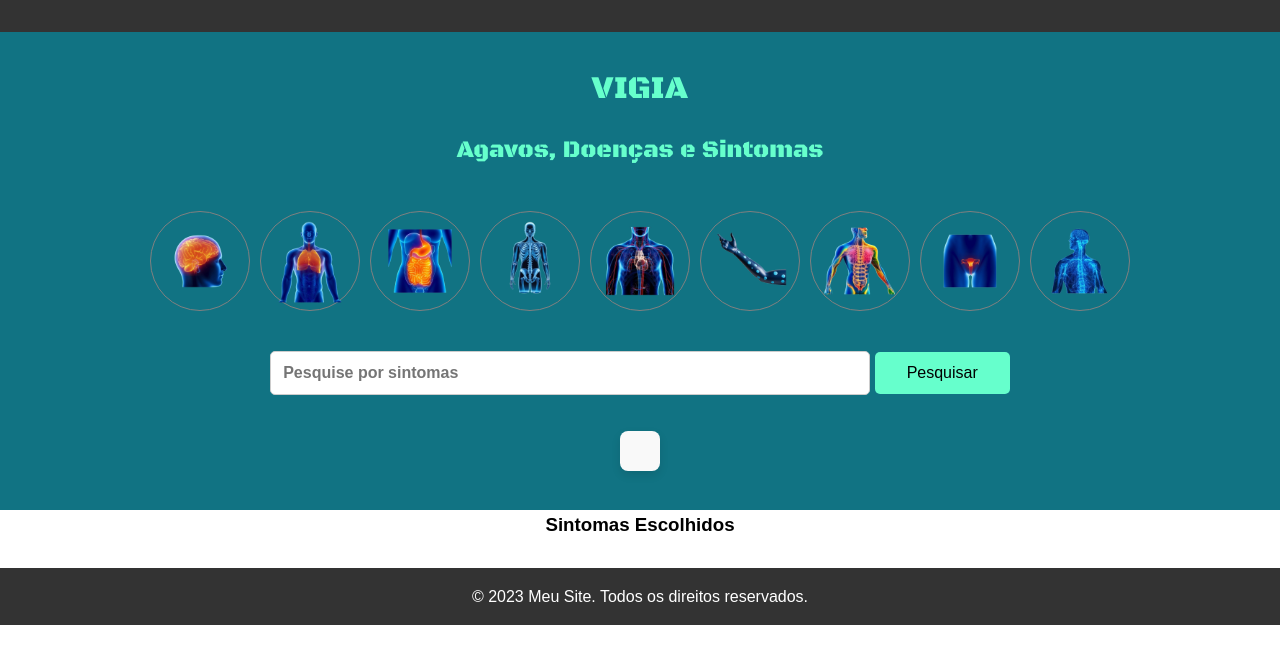
Repository: br-on/vigia
Page: index.html
An editor plug-in stored every save of this project. The page is shown before and after the next save, followed by the edit.
The browser window is 1280 px wide. The pictures show the whole page.
Some web fonts or font styles are not loaded; a fallback is used.

Above is the page before, as saved 2024-09-15 16:38:05.

After the next save:
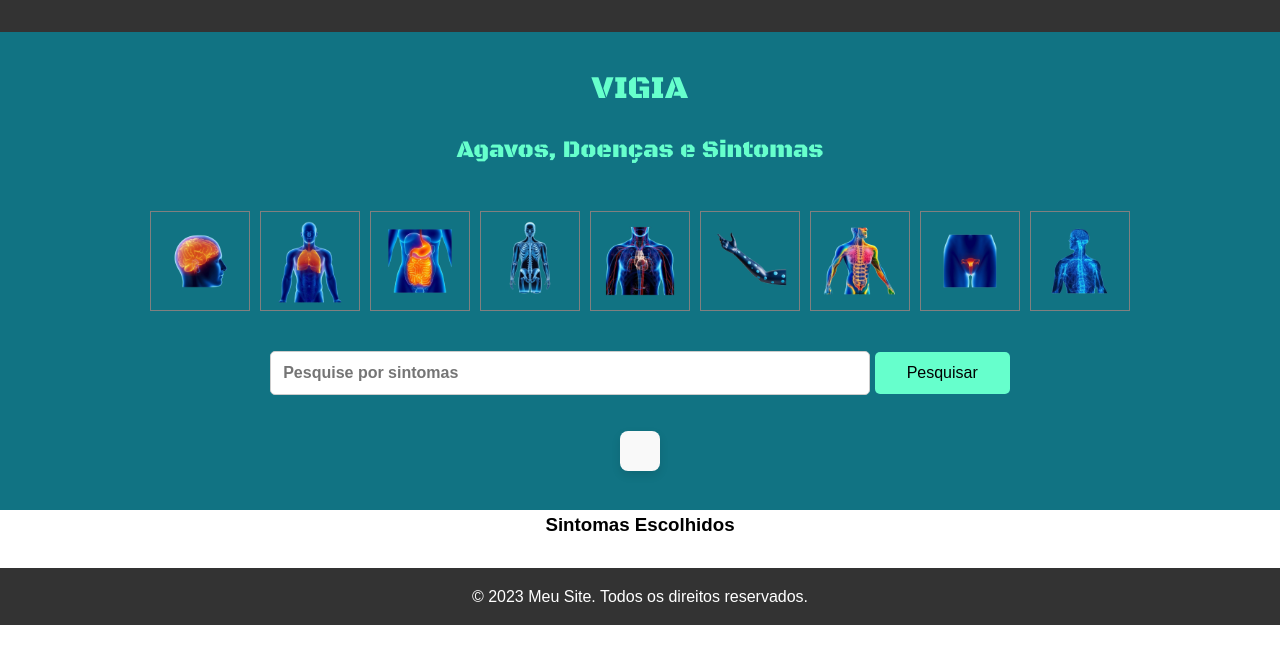
Saved 12 s later.
--- a/assets/style/style.css
+++ b/assets/style/style.css
@@ -272,7 +272,6 @@ footer {
     margin: 5px;
     width: 100px;
     height: 100px;
-    border-radius: 50%;
     border: solid 0.6px gray;
 }
 
@@ -281,6 +280,7 @@ footer {
     width: 90px;
     transition: 0.5s;
     cursor: pointer;
+    border-radius: 50%;
     background-color: hsl(29, 100%, 42%);
 }
 
